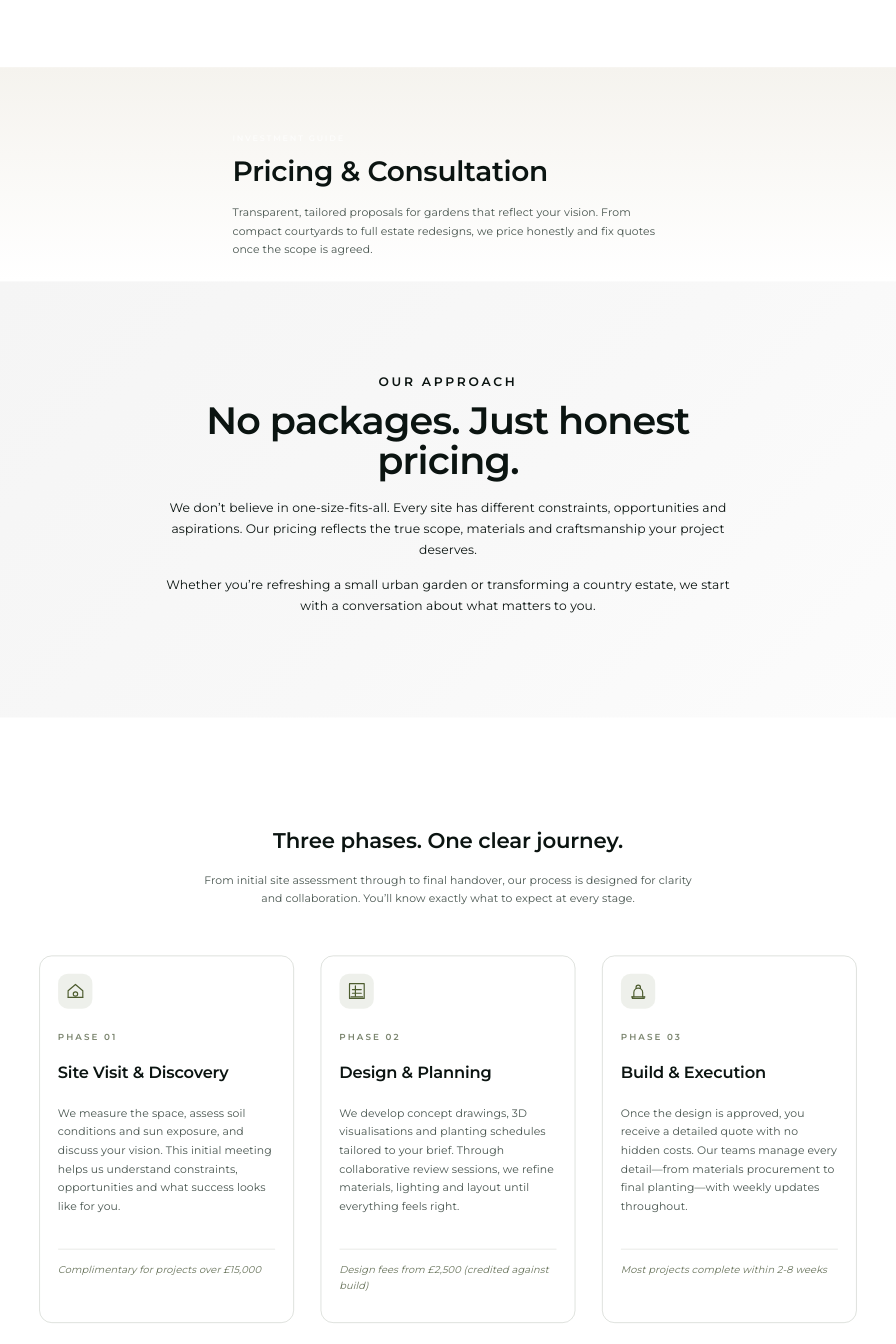
Repository: JoelMann1/MackenzieLandscapes
Page: pricing.html
The author's editor kept a copy of each file at every save. The page is drawn from the files as they stood at one save, then again after the next save.
The browser window is 1280 px wide. The pictures show the part of the page from y = 0 to 1920 px (the page is 4094 px tall before and 3471 px after), at 70% of full size.

Above is the page before, as saved 2025-10-22 14:52:39.

### pricing.html
<!doctype html>
<html lang="en-GB">
<head>
  <meta charset="utf-8" />
  <meta name="viewport" content="width=device-width, initial-scale=1" />
  <title>Pricing &mdash; Mackenzie Landscapes</title>
  <meta name="description" content="Transparent, simple packages for design, build, and maintenance.">
  <meta name="theme-color" content="#1B8A64">
  <link rel="icon" href="assets/img/favicon.svg" type="image/svg+xml">
  <link rel="stylesheet" href="assets/css/styles.css">
  <meta property="og:title" content="Pricing &mdash; Mackenzie Landscapes">
  <meta property="og:description" content="Explore guide prices for design, build, maintenance, and commercial landscaping projects.">
  <meta property="og:type" content="website">
  <meta property="og:image" content="assets/img/IMG-5466-1024x768.jpg">
  <meta property="og:locale" content="en_GB">
</head>
<body>
<a class="skip-link" href="#content">Skip to content</a>
<header class="site-header" data-header>
  <div class="nav-inner">
    <a class="logo" href="index.html" aria-label="Mackenzie Landscapes home">
      <svg aria-hidden="true" viewBox="0 0 64 64"><use href="assets/img/favicon.svg#leaf"/></svg>
      <span class="visually-hidden">Mackenzie Landscapes</span>
    </a>
    <nav class="primary-nav" aria-label="Primary">
      <ul class="menu" role="menubar">
        <li class="menu-item"><a role="menuitem" href="index.html">Home</a></li>
        <li class="menu-item"><a role="menuitem" href="about.html">About</a></li>
        <li class="menu-item has-panel" data-menu="services">
          <button class="menu-trigger" type="button" aria-expanded="false" aria-controls="panel-services" role="menuitem">
            Services
          </button>
          <div id="panel-services" class="menu-panel" role="menu" hidden>
            <div class="panel-col" role="none">
              <span class="panel-heading">Design &amp; Planning</span>
              <a role="menuitem" href="concept-and-design.html">Concept &amp; Design</a>
              <a role="menuitem" href="softscaping.html">Softscaping</a>
            </div>
            <div class="panel-col" role="none">
              <span class="panel-heading">Build &amp; Care</span>
              <a role="menuitem" href="hardscaping.html">Hardscaping</a>
              <a role="menuitem" href="tree-care.html">Tree Care</a>
              <a role="menuitem" href="commercial.html">Commercial</a>
              <a role="menuitem" href="maintenance.html">Maintenance</a>
            </div>
          </div>
        </li>
        <li class="menu-item has-panel" data-menu="projects">
          <button class="menu-trigger" type="button" aria-expanded="false" aria-controls="panel-projects" role="menuitem">
            Projects
          </button>
          <div id="panel-projects" class="menu-panel" role="menu" hidden>
            <div class="panel-col" role="none">
              <span class="panel-heading">Featured</span>
              <a role="menuitem" href="gallery.html">Gallery Overview</a>
              <a role="menuitem" href="gallery.html#lighting">Lighting &amp; ambience</a>
            </div>
            <div class="panel-col" role="none">
              <span class="panel-heading">Details</span>
              <a role="menuitem" href="gallery.html#hardscape">Hardscape detailing</a>
              <a role="menuitem" href="gallery.html#planting">Planting inspiration</a>
            </div>
          </div>
        </li>
        <li class="menu-item"><a role="menuitem" href="pricing.html">Pricing</a></li>
      </ul>
    </nav>
    <div class="nav-cta">
      <a class="cta" href="contact.html">Contact Us</a>
      <a class="phone" href="tel:+442012345678">+44 20 1234 5678</a>
    </div>
    <button class="mobile-menu-toggle" type="button" aria-label="Toggle mobile menu" aria-expanded="false" aria-controls="mobile-menu">
      <span class="hamburger-line"></span>
      <span class="hamburger-line"></span>
      <span class="hamburger-line"></span>
    </button>
  </div>
</header>

<!-- Mobile Menu Overlay -->
<div class="mobile-menu" id="mobile-menu" aria-hidden="true">
  <div class="mobile-menu__inner">
    <nav class="mobile-nav" aria-label="Mobile navigation">
      <ul class="mobile-menu__list">
        <li class="mobile-menu__item">
          <a href="index.html" class="mobile-menu__link">Home</a>
        </li>
        <li class="mobile-menu__item">
          <a href="about.html" class="mobile-menu__link">About</a>
        </li>
        <li class="mobile-menu__item mobile-menu__item--has-submenu">
          <button class="mobile-menu__link mobile-submenu-toggle" type="button" aria-expanded="false">
            Services
            <svg class="submenu-arrow" width="12" height="12" viewBox="0 0 12 12" fill="none">
              <path d="M2 4L6 8L10 4" stroke="currentColor" stroke-width="2" stroke-linecap="round"/>
            </svg>
          </button>
          <ul class="mobile-submenu">
            <li><a href="concept-and-design.html">Concept &amp; Design</a></li>
            <li><a href="softscaping.html">Softscaping</a></li>
            <li><a href="hardscaping.html">Hardscaping</a></li>
            <li><a href="tree-care.html">Tree Care</a></li>
            <li><a href="commercial.html">Commercial</a></li>
            <li><a href="maintenance.html">Maintenance</a></li>
          </ul>
        </li>
        <li class="mobile-menu__item mobile-menu__item--has-submenu">
          <button class="mobile-menu__link mobile-submenu-toggle" type="button" aria-expanded="false">
            Projects
            <svg class="submenu-arrow" width="12" height="12" viewBox="0 0 12 12" fill="none">
              <path d="M2 4L6 8L10 4" stroke="currentColor" stroke-width="2" stroke-linecap="round"/>
            </svg>
          </button>
          <ul class="mobile-submenu">
            <li><a href="gallery.html">Gallery Overview</a></li>
            <li><a href="gallery.html#residential">Residential Gardens</a></li>
            <li><a href="gallery.html#lighting">Lighting Schemes</a></li>
            <li><a href="gallery.html#hardscape">Hardscape Detailing</a></li>
          </ul>
        </li>
        <li class="mobile-menu__item">
          <a href="pricing.html" class="mobile-menu__link">Pricing</a>
        </li>
      </ul>
      <div class="mobile-menu__cta">
        <a class="mobile-cta-btn" href="contact.html">Contact Us</a>
        <a class="mobile-phone" href="tel:+442012345678">+44 20 1234 5678</a>
      </div>
    </nav>
  </div>
</div>
<main id="content">

<section class="page-hero">
  <div class="container narrow">
    <p class="eyebrow eyebrow--sage">Investment guide</p>
    <h1>Pricing &amp; Consultation</h1>
    <p>Transparent, tailored proposals for gardens that reflect your vision. From compact courtyards to full estate redesigns, we price honestly and fix quotes once the scope is agreed.</p>
  </div>
</section><div id="header-sentinel" aria-hidden="true"></div>

<section class="section section--pricing-intro">
  <div class="container">
    <div class="pricing-intro" data-reveal>
      <p class="eyebrow eyebrow--sage">Our approach</p>
      <h2 class="section-title section-title--display">No packages. Just honest pricing.</h2>
      <p>We don&rsquo;t believe in one-size-fits-all. Every site has different constraints, opportunities and aspirations. Our pricing reflects the true scope, materials and craftsmanship your project deserves.</p>
      <p>Whether you&rsquo;re refreshing a small urban garden or transforming a country estate, we start with a conversation about what matters to you.</p>
    </div>
  </div>
</section>

<section class="section section--consultation-process">
  <div class="container consultation-process">
    <div class="consultation-process__intro" data-reveal>
      <p class="eyebrow eyebrow--sage">How it works</p>
      <h2 class="section-title">Three phases. One clear journey.</h2>
      <p>From initial site assessment through to final handover, our process is designed for clarity and collaboration. You&rsquo;ll know exactly what to expect at every stage.</p>
    </div>
    <div class="consultation-process__steps" data-reveal-stagger>
      <article class="values-item">
        <span class="values-item__icon" aria-hidden="true">
          <svg viewBox="0 0 32 32" fill="none" stroke="currentColor" stroke-width="1.6" stroke-linecap="round" stroke-linejoin="round">
            <path d="M6 24.5v-9L16 7l10 8.5v9" />
            <path d="M13 20c0-1.657 1.343-3 3-3s3 1.343 3 3-1.343 3-3 3-3-1.343-3-3Z" />
            <path d="M6 24.5h20" />
          </svg>
        </span>
        <span class="step-label">Phase 01</span>
        <h3>Site Visit &amp; Discovery</h3>
        <p>We measure the space, assess soil conditions and sun exposure, and discuss your vision. This initial meeting helps us understand constraints, opportunities and what success looks like for you.</p>
        <p class="step-note">Complimentary for projects over £15,000</p>
      </article>
      <article class="values-item">
        <span class="values-item__icon" aria-hidden="true">
          <svg viewBox="0 0 32 32" fill="none" stroke="currentColor" stroke-width="1.6" stroke-linecap="round" stroke-linejoin="round">
            <path d="M6 6h20v20H6z" />
            <path d="M10 14h12M10 19h12M14 9v14" />
            <path d="M8 24h16" />
          </svg>
        </span>
        <span class="step-label">Phase 02</span>
        <h3>Design &amp; Planning</h3>
        <p>We develop concept drawings, 3D visualisations and planting schedules tailored to your brief. Through collaborative review sessions, we refine materials, lighting and layout until everything feels right.</p>
        <p class="step-note">Design fees from £2,500 (credited against build)</p>
      </article>
      <article class="values-item">
        <span class="values-item__icon" aria-hidden="true">
          <svg viewBox="0 0 32 32" fill="none" stroke="currentColor" stroke-width="1.6" stroke-linecap="round" stroke-linejoin="round">
            <path d="M7 24h18" />
            <path d="M10 24v-6a6 6 0 0 1 12 0v6" />
            <path d="M13 12.5V11a3 3 0 1 1 6 0v1.5" />
            <path d="M8 24v2h16v-2" />
          </svg>
        </span>
        <span class="step-label">Phase 03</span>
        <h3>Build &amp; Execution</h3>
        <p>Once the design is approved, you receive a detailed quote with no hidden costs. Our teams manage every detail&mdash;from materials procurement to final planting&mdash;with weekly updates throughout.</p>
        <p class="step-note">Most projects complete within 2-8 weeks</p>
      </article>
    </div>
  </div>
</section>

<section class="section alt section--pricing-factors">
  <div class="container">
    <div class="pricing-factors" data-reveal>
      <div class="pricing-factors__intro">
        <p class="eyebrow eyebrow--sage">Investment factors</p>
        <h2 class="section-title">What influences project cost</h2>
        <p>Every garden is priced individually based on site conditions, material choices and design complexity. Here are the key factors we consider when preparing your proposal.</p>
      </div>
      <div class="pricing-factors__grid" data-reveal-stagger>
        <div class="factor-item">
          <h3>Site Access &amp; Preparation</h3>
          <p>Narrow side passages, restricted vehicle access or significant level changes require additional planning and equipment.</p>
        </div>
        <div class="factor-item">
          <h3>Materials &amp; Finishes</h3>
          <p>Natural stone, bespoke joinery and premium planting stock command higher investment than standard alternatives.</p>
        </div>
        <div class="factor-item">
          <h3>Design Complexity</h3>
          <p>Water features, integrated lighting systems and multi-level terracing add layers of technical coordination.</p>
        </div>
        <div class="factor-item">
          <h3>Project Timeline</h3>
          <p>Seasonal planting windows, planning permissions and coordination with other trades can influence scheduling and costs.</p>
        </div>
      </div>
    </div>
  </div>
</section>

<section class="section section--pricing-cta">
  <div class="container">
    <div class="enquiry" data-reveal-scale>
      <div class="enquiry__copy">
        <h2>Ready to discuss your project?</h2>
        <p>Share your site plans, inspiration images or simply tell us about your space. We&rsquo;ll arrange a consultation and provide a tailored proposal within five working days.</p>
      </div>
      <div class="enquiry__actions">
        <a class="btn btn--primary" href="contact.html">Book a consultation</a>
        <a class="btn btn--secondary" href="tel:+442012345678"><span data-alt="Call the studio">Call the studio</span></a>
      </div>
    </div>
  </div>
</section>

</main>
<footer class="site-footer">
  <div class="container">
    <div class="footer-hero">
      <h2 class="footer-hero__title">
        <span class="footer-hero__line" data-footer-line>Let's create</span>
        <span class="footer-hero__line footer-hero__line--large" data-footer-line>something</span>
        <span class="footer-hero__line footer-hero__line--accent" data-footer-line>extraordinary</span>
      </h2>
      <div class="footer-hero__cta" data-footer-fade>
        <a href="contact.html" class="footer-cta-btn">Start a project</a>
      </div>
    </div>

    <div class="footer-content">
      <div class="footer-main">
        <div class="footer-brand" data-footer-fade>
          <h3>Mackenzie<br>Landscapes</h3>
          <p>Modern landscaping &amp; garden design for Central &amp; South West London.</p>
        </div>

        <nav class="footer-nav" aria-label="Footer navigation" data-footer-fade>
          <div class="footer-nav__col">
            <h4>Explore</h4>
            <ul>
              <li><a href="about.html">About</a></li>
              <li><a href="gallery.html">Gallery</a></li>
              <li><a href="concept-and-design.html">Design</a></li>
              <li><a href="maintenance.html">Maintenance</a></li>
            </ul>
          </div>
          <div class="footer-nav__col">
            <h4>Connect</h4>
            <ul>
              <li><a href="contact.html">Contact</a></li>
              <li><a href="pricing.html">Pricing</a></li>
              <li><a href="tel:+442012345678">+44 20 1234 5678</a></li>
              <li><a href="mailto:hello@mackenzielandscapes.co.uk">Email us</a></li>
            </ul>
          </div>
        </nav>
      </div>

      <div class="footer-bottom" data-footer-fade>
        <p class="footer-legal">&copy; <span id="year"></span> Mackenzie Landscapes. All rights reserved.</p>
        <div class="footer-social">
          <a href="#" aria-label="Instagram">
            <svg viewBox="0 0 24 24" fill="currentColor"><path d="M12 2.163c3.204 0 3.584.012 4.85.07 3.252.148 4.771 1.691 4.919 4.919.058 1.265.069 1.645.069 4.849 0 3.205-.012 3.584-.069 4.849-.149 3.225-1.664 4.771-4.919 4.919-1.266.058-1.644.07-4.85.07-3.204 0-3.584-.012-4.849-.07-3.26-.149-4.771-1.699-4.919-4.92-.058-1.265-.07-1.644-.07-4.849 0-3.204.013-3.583.07-4.849.149-3.227 1.664-4.771 4.919-4.919 1.266-.057 1.645-.069 4.849-.069zm0-2.163c-3.259 0-3.667.014-4.947.072-4.358.2-6.78 2.618-6.98 6.98-.059 1.281-.073 1.689-.073 4.948 0 3.259.014 3.668.072 4.948.2 4.358 2.618 6.78 6.98 6.98 1.281.058 1.689.072 4.948.072 3.259 0 3.668-.014 4.948-.072 4.354-.2 6.782-2.618 6.979-6.98.059-1.28.073-1.689.073-4.948 0-3.259-.014-3.667-.072-4.947-.196-4.354-2.617-6.78-6.979-6.98-1.281-.059-1.69-.073-4.949-.073zm0 5.838c-3.403 0-6.162 2.759-6.162 6.162s2.759 6.163 6.162 6.163 6.162-2.759 6.162-6.163c0-3.403-2.759-6.162-6.162-6.162zm0 10.162c-2.209 0-4-1.79-4-4 0-2.209 1.791-4 4-4s4 1.791 4 4c0 2.21-1.791 4-4 4zm6.406-11.845c-.796 0-1.441.645-1.441 1.44s.645 1.44 1.441 1.44c.795 0 1.439-.645 1.439-1.44s-.644-1.44-1.439-1.44z"/></svg>
          </a>
        </div>
      </div>
    </div>
  </div>
</footer>
<script src="assets/js/main.js"></script>
</body>
</html>

Loaded but not shown: assets/js/main.js (486 lines, source omitted); assets/css/styles.css (2861 lines, source omitted)

After the next save:
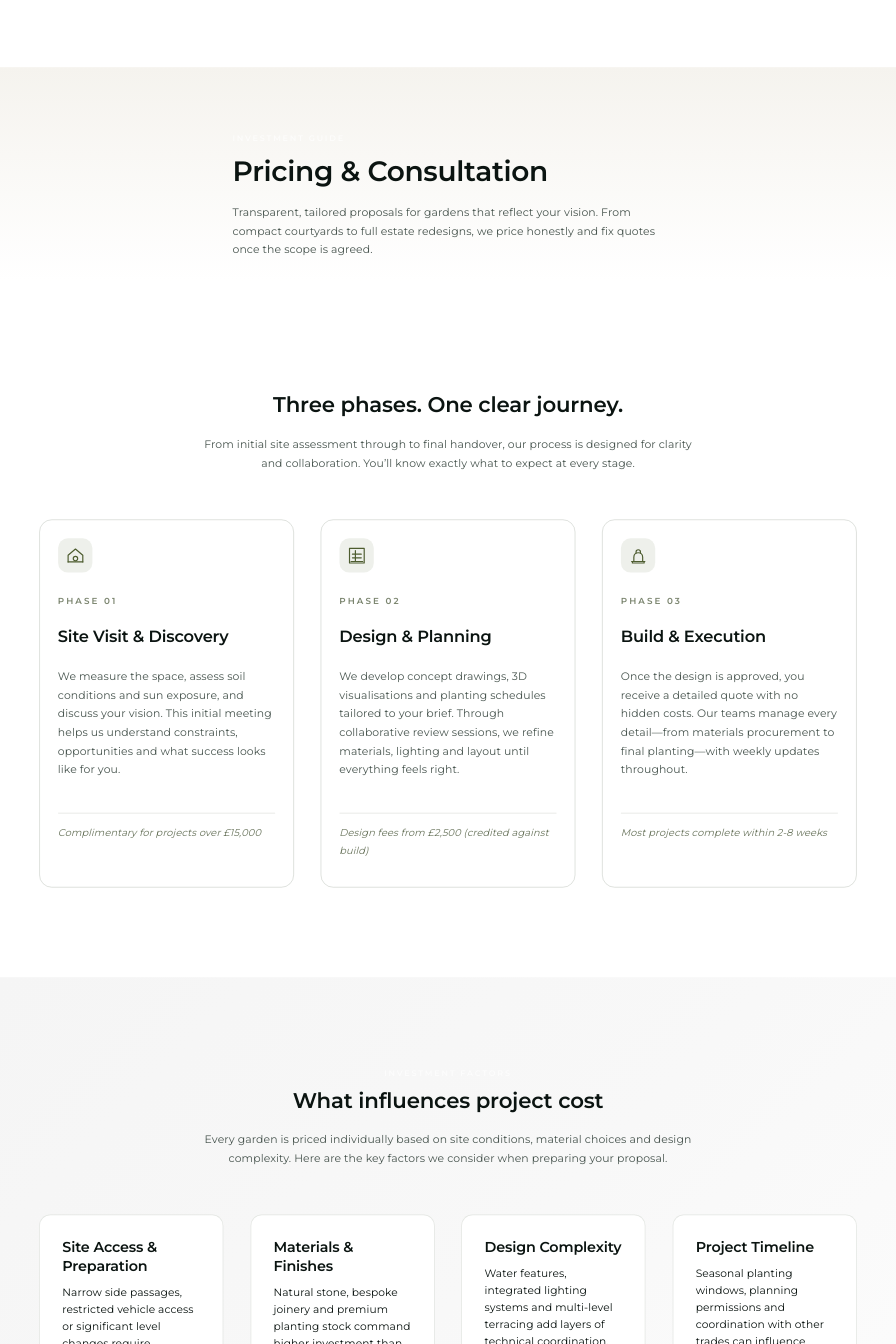
Saved 22 s later.
--- a/pricing.html
+++ b/pricing.html
@@ -138,17 +138,6 @@
     <p>Transparent, tailored proposals for gardens that reflect your vision. From compact courtyards to full estate redesigns, we price honestly and fix quotes once the scope is agreed.</p>
   </div>
 </section><div id="header-sentinel" aria-hidden="true"></div>
-
-<section class="section section--pricing-intro">
-  <div class="container">
-    <div class="pricing-intro" data-reveal>
-      <p class="eyebrow eyebrow--sage">Our approach</p>
-      <h2 class="section-title section-title--display">No packages. Just honest pricing.</h2>
-      <p>We don&rsquo;t believe in one-size-fits-all. Every site has different constraints, opportunities and aspirations. Our pricing reflects the true scope, materials and craftsmanship your project deserves.</p>
-      <p>Whether you&rsquo;re refreshing a small urban garden or transforming a country estate, we start with a conversation about what matters to you.</p>
-    </div>
-  </div>
-</section>
 
 <section class="section section--consultation-process">
   <div class="container consultation-process">
